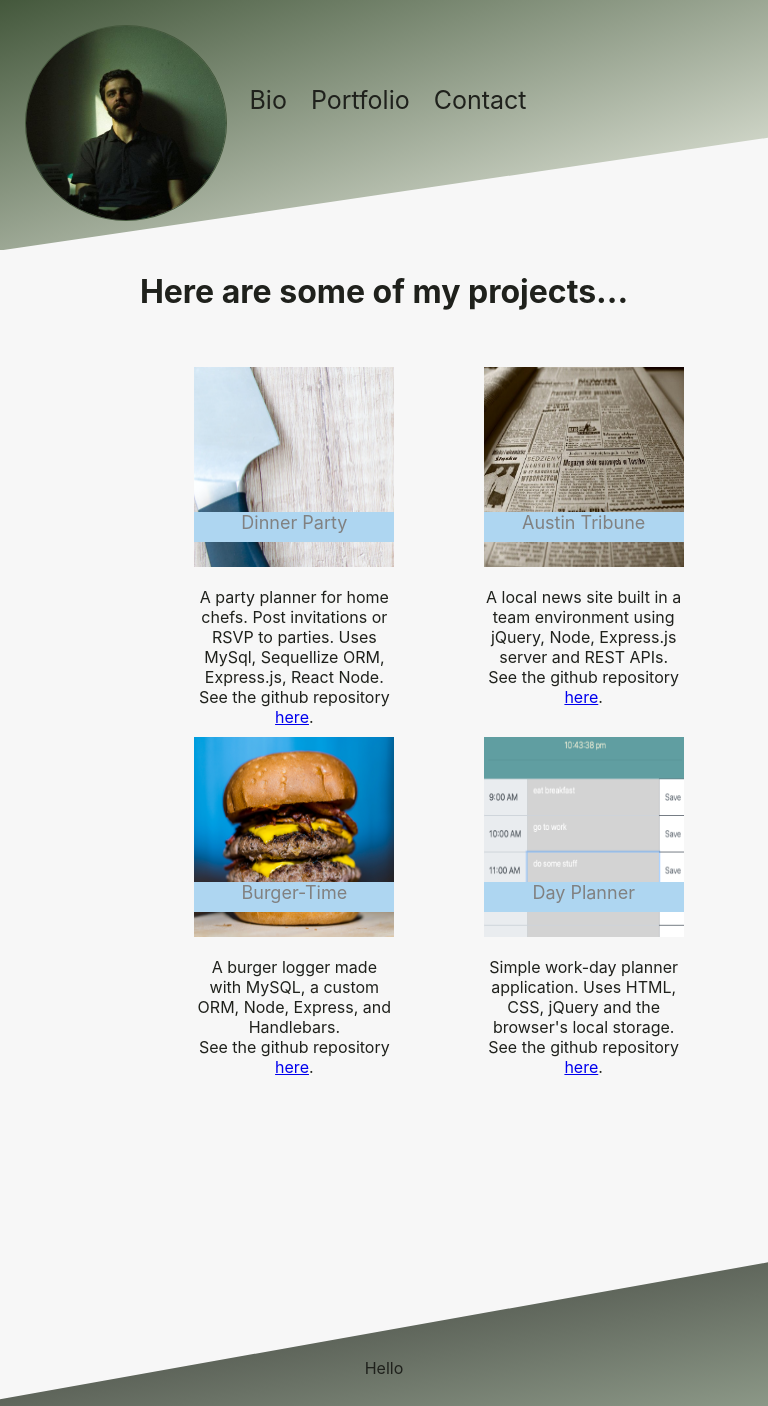
Repository: joeldelatte/react-portfolio
Page: /portfolio (app in client/)
These files come from the project's save history. The page is drawn as it stood at one moment and after the next save; the edit follows.
The browser window is 768 px wide. The pictures show the whole page.
The project was rebuilt for these pictures with package versions that can differ from the ones it lists, and the page was loaded fresh each time. Also part of the build but not shown: client/src/App.css, client/src/Components/Bio/Bio.js, client/src/Components/Contact/Contact.js.

Above is the page before, as saved 2020-07-12 14:52:33.

After the next save:
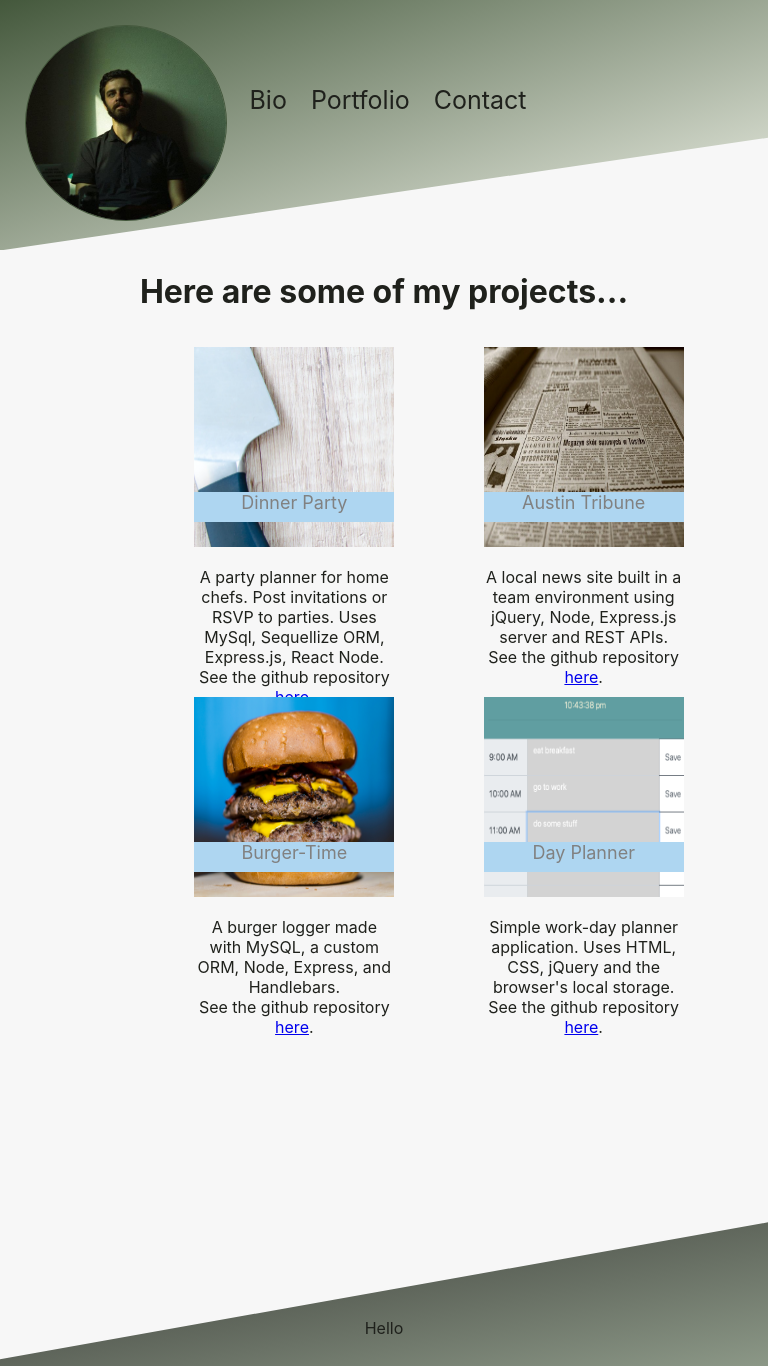
Saved 18 s later.
--- a/client/src/Components/Portfolio/portfolio.css
+++ b/client/src/Components/Portfolio/portfolio.css
@@ -82,7 +82,7 @@
         height: 200px;
         position: relative;
         text-align: center;
-        margin: 20px 20px 150px 20px;
+        margin: 0 20px 150px 20px;
 
     }
 
@@ -91,7 +91,7 @@
         height: 200px;
         position: relative;
         text-align: center;
-        margin: 20px 20px 150px 20px;
+        margin: 0 20px 150px 20px;
     }
 
 

After the save that followed:
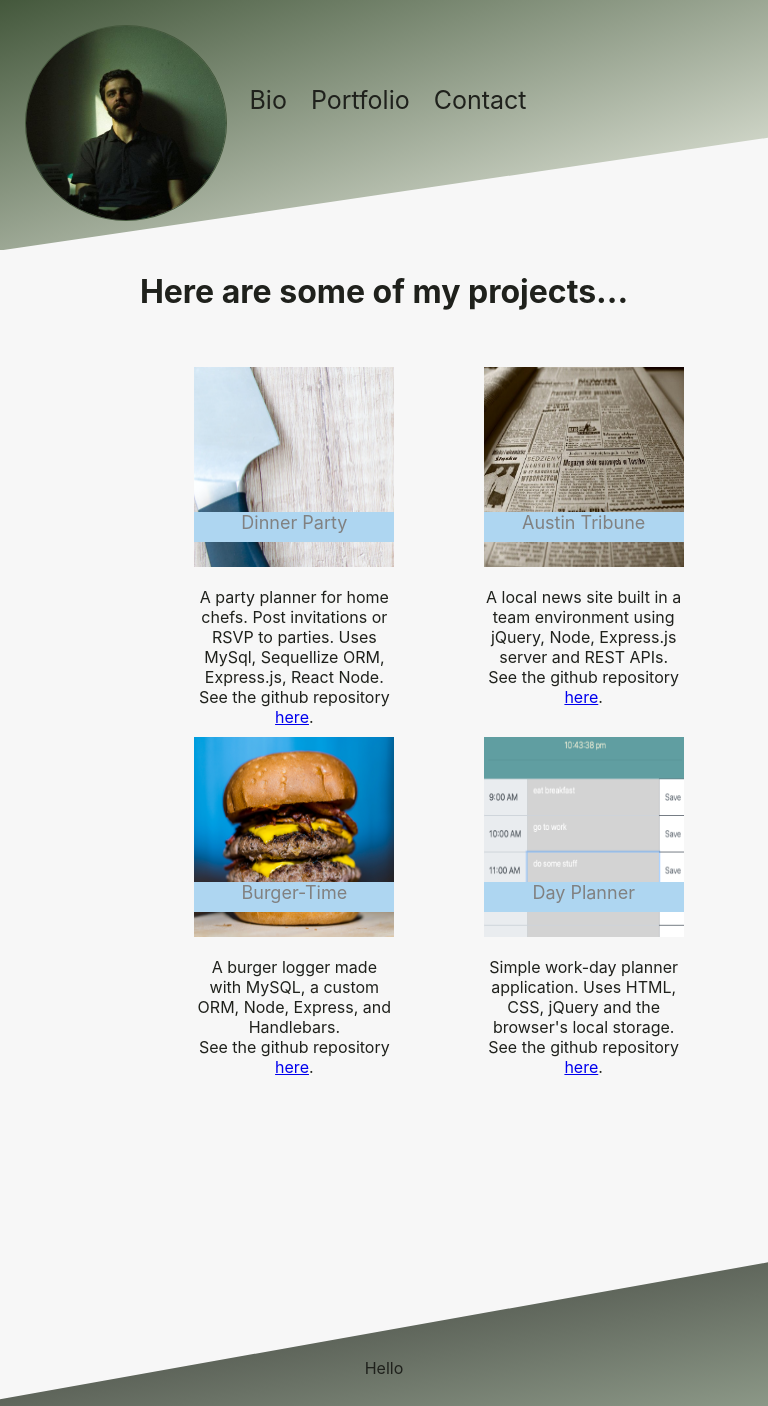
Saved 37 s later.
--- a/client/src/Components/Portfolio/portfolio.css
+++ b/client/src/Components/Portfolio/portfolio.css
@@ -73,16 +73,12 @@
         margin-left: 110px;
     }
 
-    /* .portfolio h1 {
-        margin-left: 20px;
-    } */
-
     .projectBox {
         width: 200px;
         height: 200px;
         position: relative;
         text-align: center;
-        margin: 0 20px 150px 20px;
+        margin: 20px 20px 150px 20px;
 
     }
 
@@ -91,7 +87,7 @@
         height: 200px;
         position: relative;
         text-align: center;
-        margin: 0 20px 150px 20px;
+        margin: 20px 20px 150px 20px;
     }
 
 
